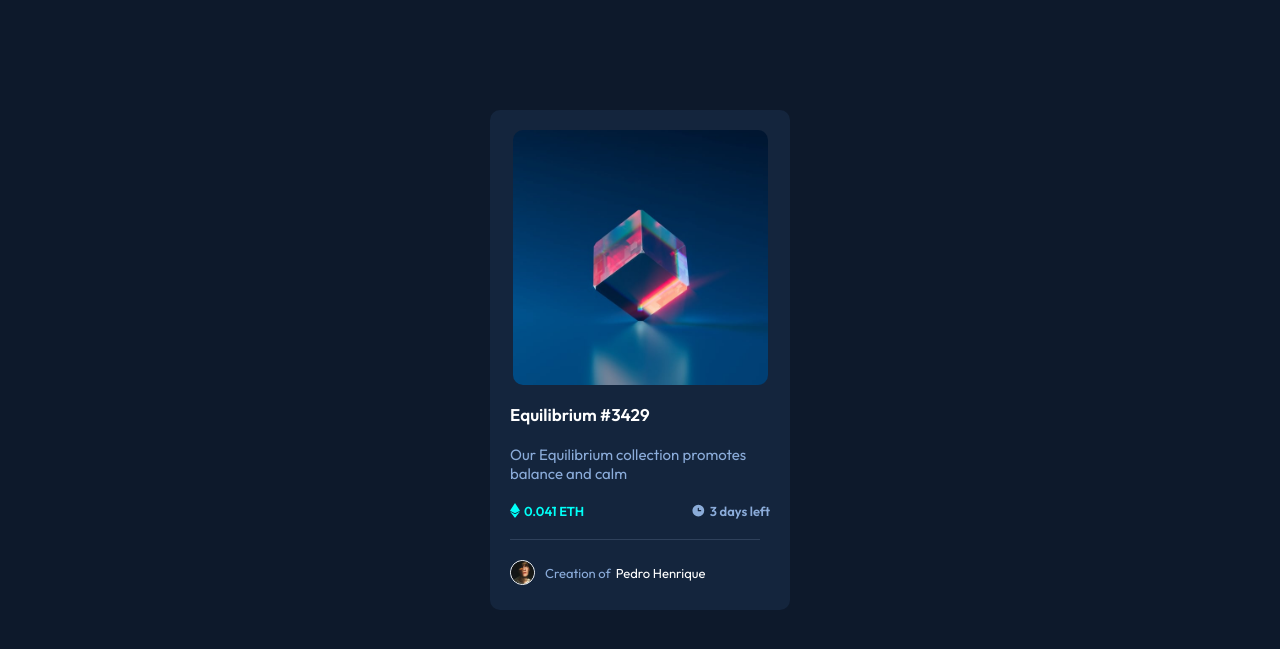
Repository: PedroHEAA/nft
Page: index.html
The author's editor kept a copy of each file at every save. The page is drawn from the files as they stood at one save, then again after the next save.
The browser window is 1280 px wide. The pictures show the whole page.

Above is the page before, as saved 2022-11-04 19:26:32.

After the next save:
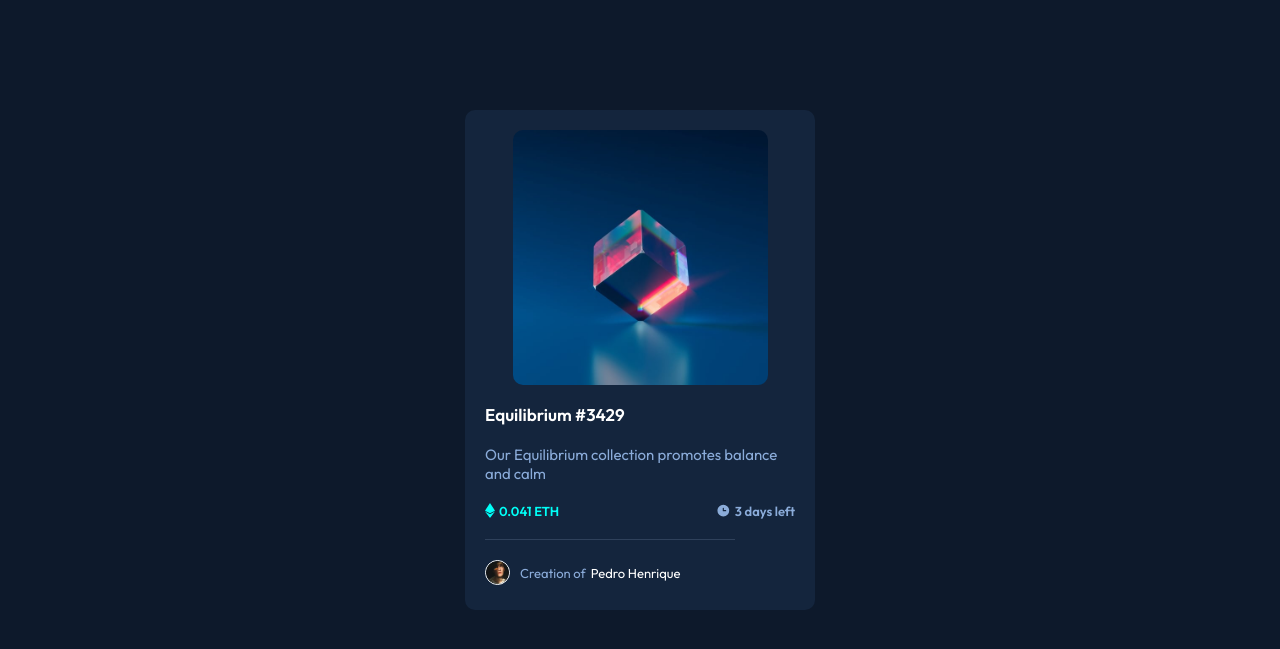
Saved 2 min 8 s later.
--- a/src/css/style.css
+++ b/src/css/style.css
@@ -16,7 +16,7 @@
 
 .card{
     background-color: var(--card-color);
-    max-width: 300px;
+    max-width: 350px;
     height: 500px;
     border-radius: 10px;
     display: flex;
